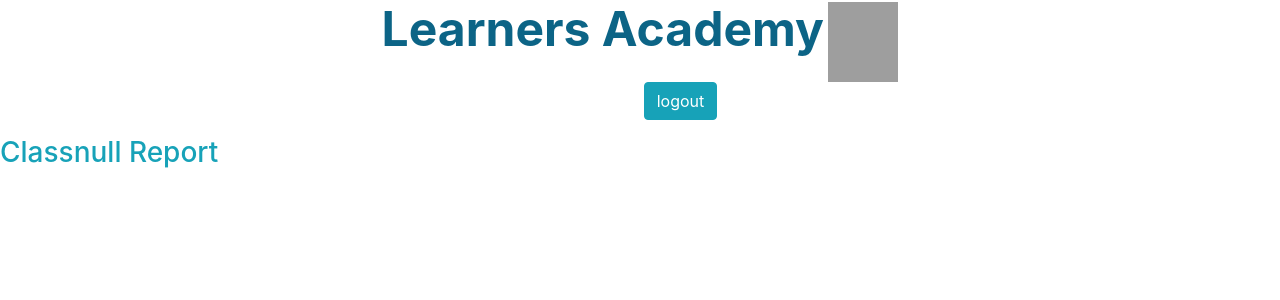
Repository: sindurup/Phase2Project
Page: http://localhost/LearnersAcademyPro/classReport.jsp
An editor plug-in stored every save of this project. The page is shown before and after the next save, followed by the edit.
The browser window is 1280 px wide. The pictures show the whole page.
Pictures or frames that could not be fetched are drawn as grey boxes. Some web libraries are served in a nearby version. The page is served by Tomcat 9.

Above is the page before, as saved 2021-09-29 04:00:17.
Console error: TypeError: Cannot read properties of undefined (reading 'fn')

After the next save:
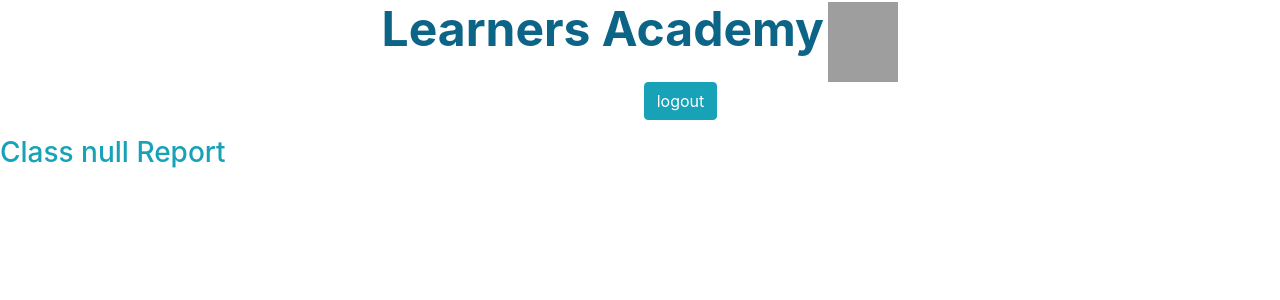
Saved 5 s later.
--- a/LearnersAcademyPro/src/main/webapp/classReport.jsp
+++ b/LearnersAcademyPro/src/main/webapp/classReport.jsp
@@ -21,7 +21,7 @@
     </form>
                             </div>
     <div id="login">
-      <h3 class="text-info">Class<%=request.getParameter("cls") %> Report</h3>
+      <h3 class="text-info">Class <%=request.getParameter("cls") %> Report</h3>
 
         <div class="container">
 

After the save that followed:
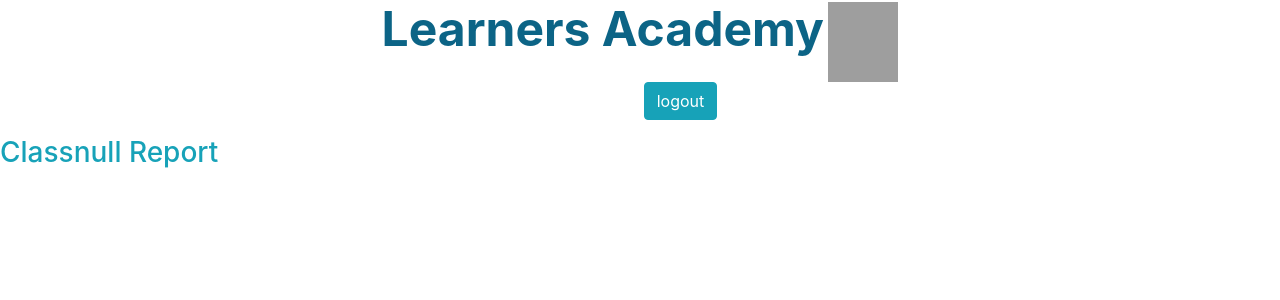
Saved 62 s later.
--- a/LearnersAcademyPro/src/main/webapp/classReport.jsp
+++ b/LearnersAcademyPro/src/main/webapp/classReport.jsp
@@ -21,7 +21,7 @@
     </form>
                             </div>
     <div id="login">
-      <h3 class="text-info">Class <%=request.getParameter("cls") %> Report</h3>
+      <h3 class="text-info">Class<%=request.getParameter("cls") %> Report</h3>
 
         <div class="container">
 
